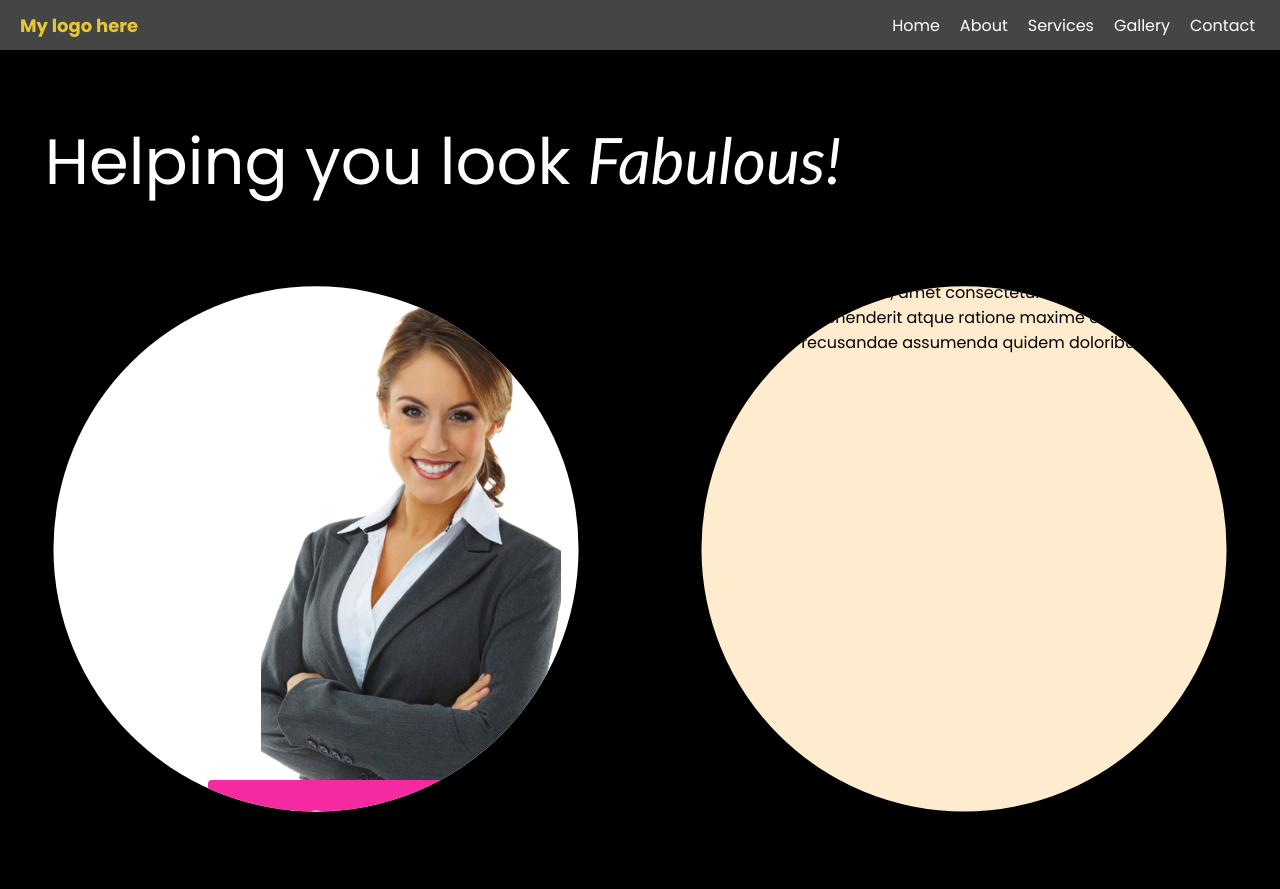
Repository: buzzedison/gardens
Page: index.html
The author's editor kept a copy of each file at every save. The page is drawn from the files as they stood at one save, then again after the next save.
The browser window is 1280 px wide. The pictures show the whole page.

Above is the page before, as saved 2022-01-12 19:40:56.

After the next save:
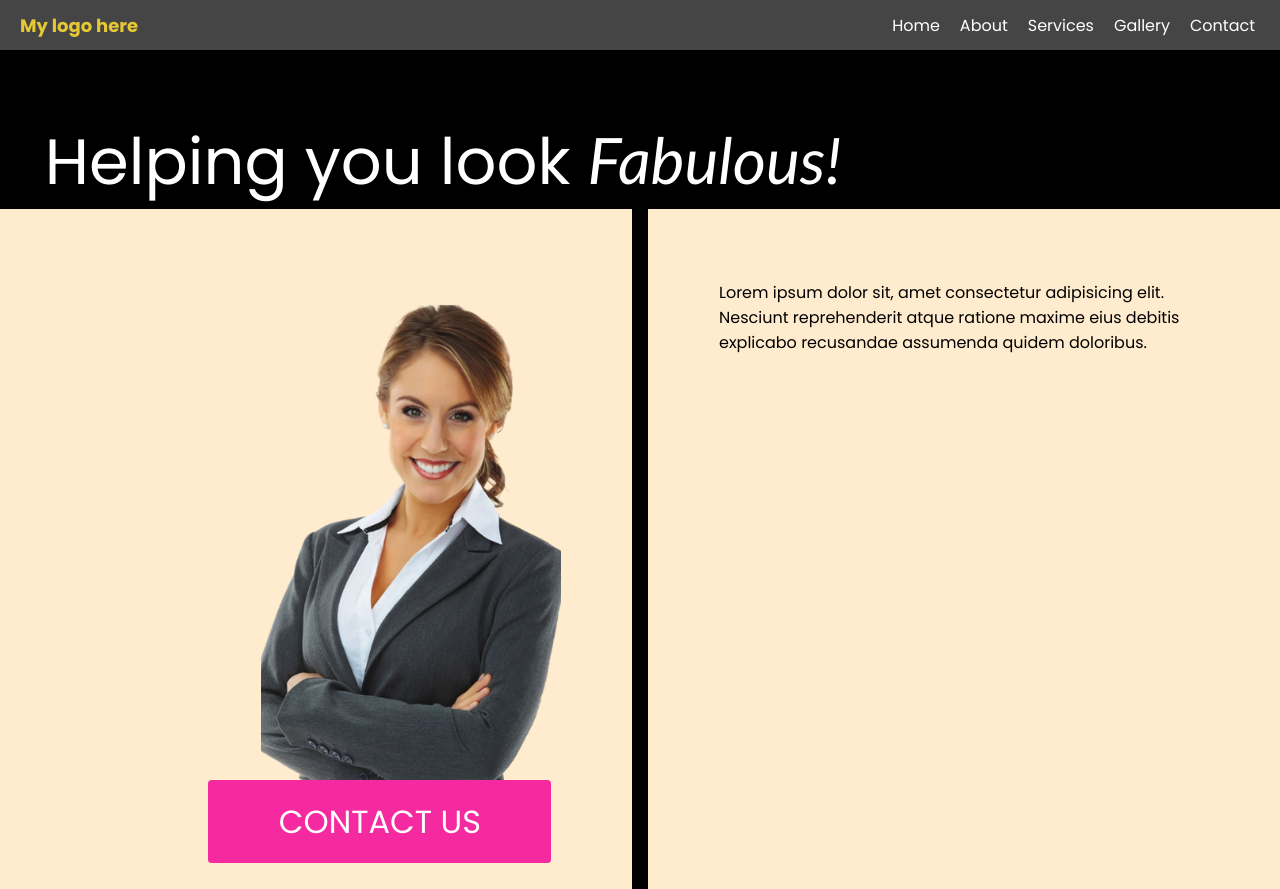
Saved 83 s later.
--- a/css/styles.css
+++ b/css/styles.css
@@ -140,13 +140,18 @@
 .grid > div{
    padding:1em;
    background-color:blanchedalmond;
-   clip-path: circle(40% at 50% 50%);
-}
+
 
 .grid > div:nth-child(odd){
   /* background-color:rgba(255, 248, 220, 0.003); */
   background-color:white;
 
+
+}
+
+.grid > div:first-child() {
+  clip-path: circle(40% at 50% 50%);
+}
 }
 
 .grid{

After the 3 saves that followed:
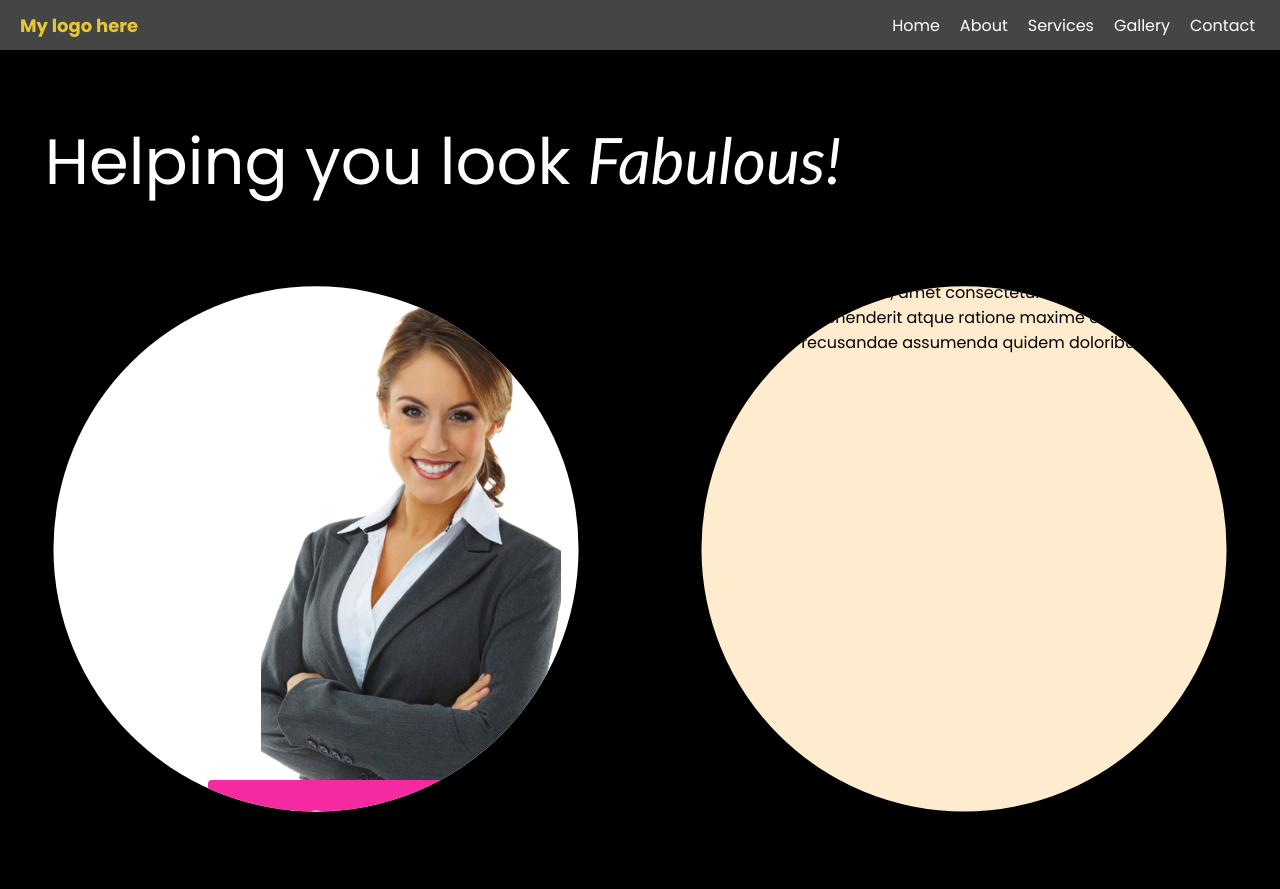
The 3 saves are shown as one change because 2 left the picture as it was.
The last was saved 76 s later.
--- a/css/styles.css
+++ b/css/styles.css
@@ -140,7 +140,8 @@
 .grid > div{
    padding:1em;
    background-color:blanchedalmond;
-
+   clip-path: circle(40% at 50% 50%);
+}
 
 .grid > div:nth-child(odd){
   /* background-color:rgba(255, 248, 220, 0.003); */
@@ -150,8 +151,7 @@
 }
 
 .grid > div:first-child() {
-  clip-path: circle(40% at 50% 50%);
-}
+
 }
 
 .grid{
